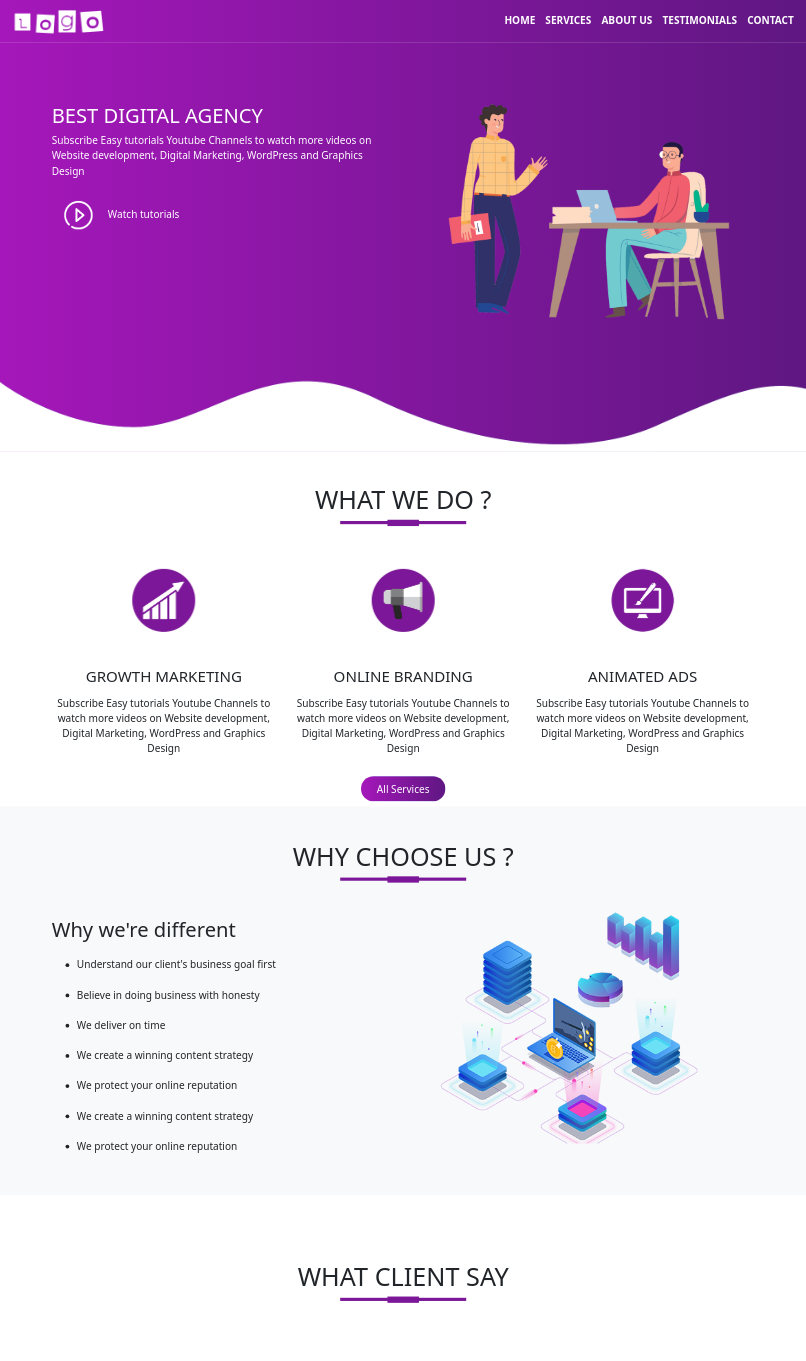
Repository: wadelfadill/Bootstrap_tache_2_website_design
Page: index.html
The author's editor kept a copy of each file at every save. The page is drawn from the files as they stood at one save, then again after the next save.
The browser window is 1280 px wide. The pictures show the whole page, at 63% of full size.
Some web libraries are served in a nearby version.

Above is the page before, as saved 2023-04-05 17:55:23.

After the next save:
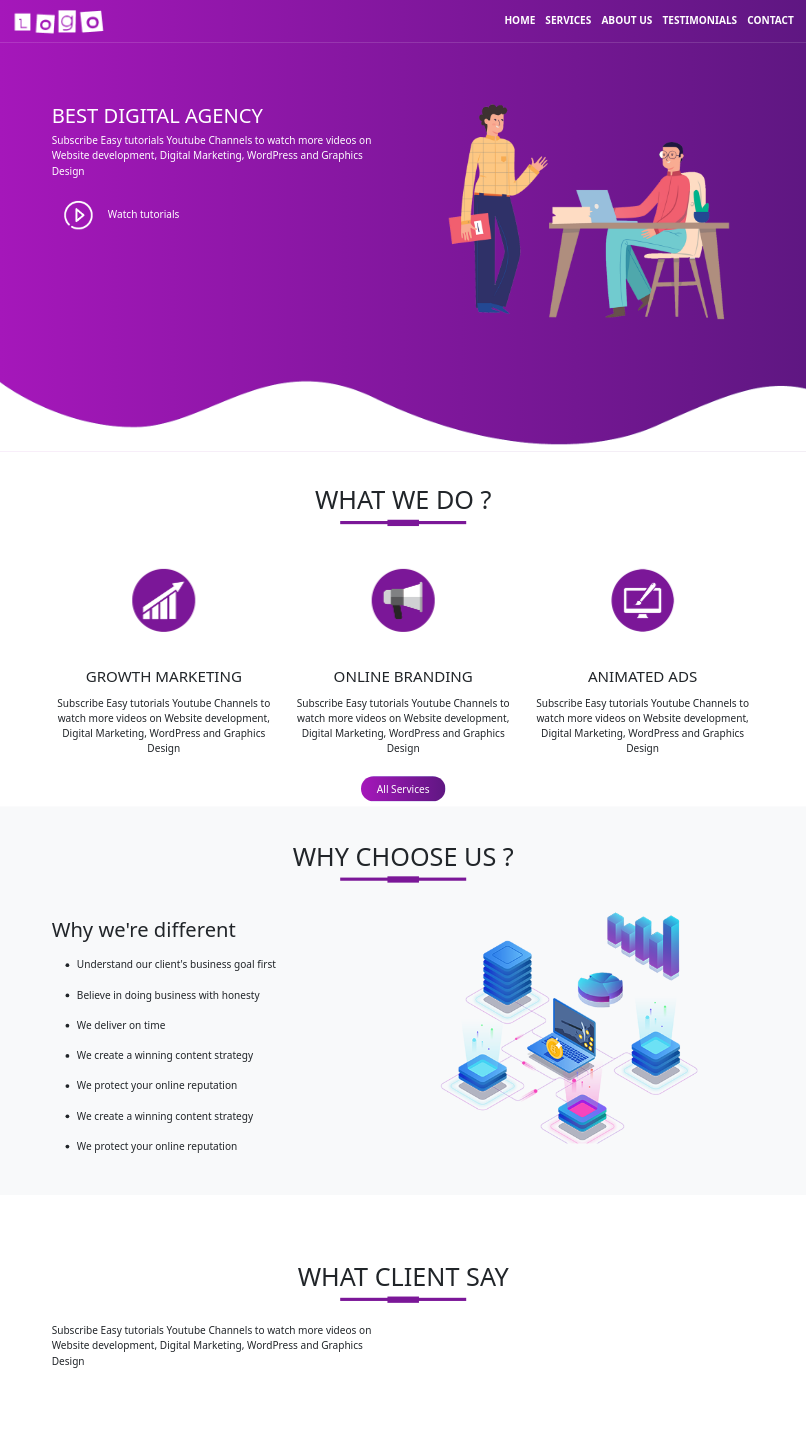
Saved 66 s later.
--- a/index.html
+++ b/index.html
@@ -122,7 +122,15 @@
      <section id="testimonials">
       <div class="container">
         <h1 class="title text-center"> WHAT CLIENT SAY</h1>
+        <div class="row">
+          <div class="col-md-6">
+            <p>
+              Subscribe Easy tutorials Youtube Channels to watch more videos on
+              Website development, Digital Marketing, WordPress and Graphics Design
+            </p>
 
+          </div>
+        </div>
 
       </div>
      </section>
